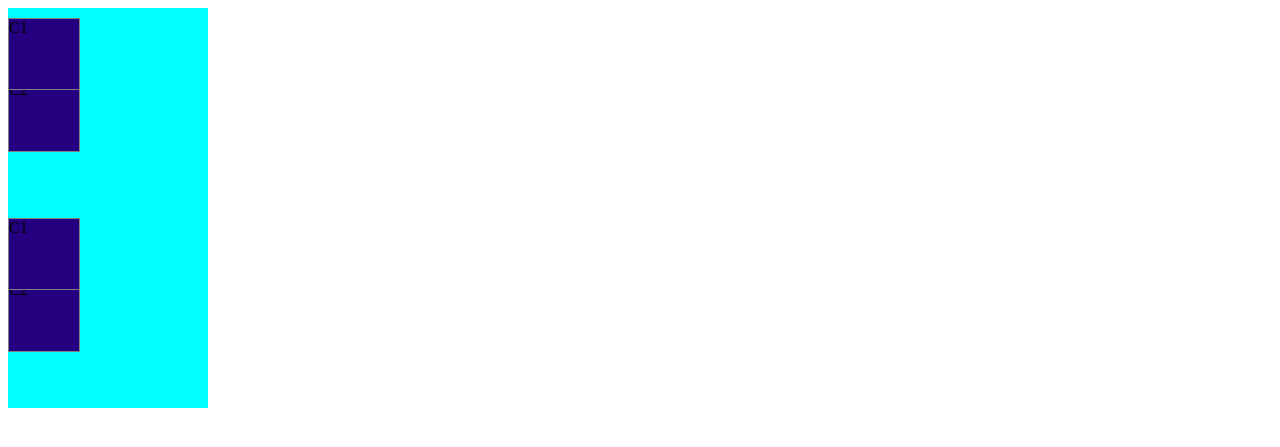
Repository: nepali2385/FUll-stack-practice
Page: Day5/Day5/position.html
These files come from the project's save history. The page is drawn as it stood at one moment and after the next save; the edit follows.
The browser window is 1280 px wide. The pictures show the whole page.

Above is the page before, as saved 2024-08-27 15:56:56.

After the next save:
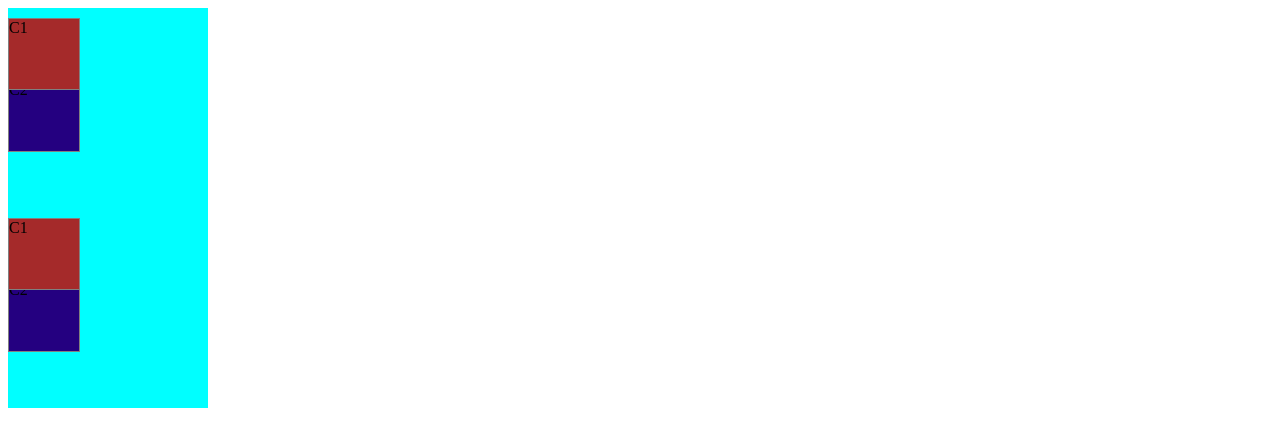
Saved 3 min 45 s later.
--- a/Day5/Day5/position.css
+++ b/Day5/Day5/position.css
@@ -12,6 +12,7 @@
 }
 .c1{
     position:relative;
-    top:10px
+    top:10px;
+    background-color: brown;
 
 }
